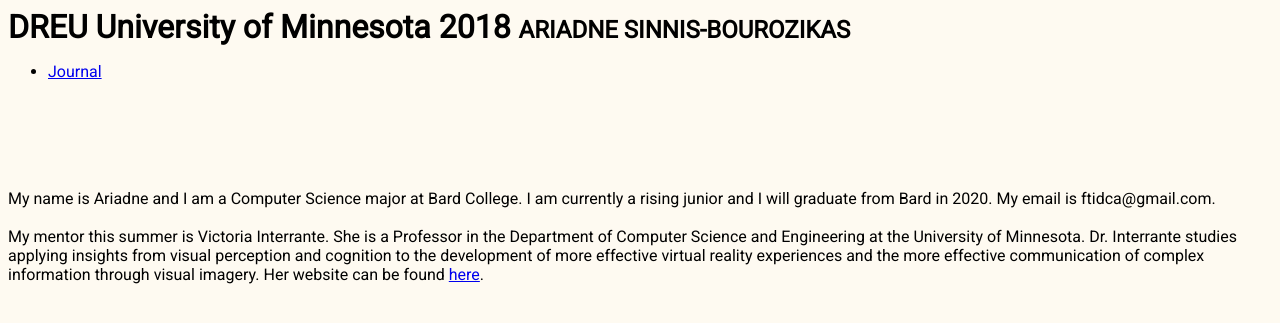
Repository: ariadnesb/dreu2018
Page: index.html
The author's editor kept a record of every edit. The page is drawn from the files as they stood at one moment, then again after the next edit.
The browser window is 1280 px wide. The pictures show the whole page.

Above is the page before.

### index.html
<!DOCTYPE html>
<html>
    <head>
        <title>It's me</title>
        <link rel="stylesheet" href="styles.css">
        <link href="https://fonts.googleapis.com/css?family=Roboto" rel="stylesheet">
    </head>

    <body>
        <div id="header">
            <h1>DREU University of Minnesota 2018 </h1>
            <h2>ARIADNE SINNIS-BOUROZIKAS</h2>

            <ul class="nav-bar">
                <li><a href="./journal.html">Journal</a></li>
                <!-- <li><a href="/contact.html">Contact</a></li> -->

        </div>


        <br><br>
        <br><br>



        <p>
        My name is Ariadne and I am a Computer Science major at Bard College. I am currently
        a rising junior and I will graduate from Bard in 2020. My email is ftidca@gmail.com.
        <br><br>
        My mentor this summer is Victoria Interrante. She is a Professor in the Department
        of Computer Science and Engineering at the University of Minnesota. Dr. Interrante
        studies applying insights from visual perception and cognition to the development
        of more effective virtual reality experiences and the more effective communication
        of complex information through visual imagery. Her website can be found
        <span id="emb_link"><a href="http://www-users.cs.umn.edu/~interran/">here</a></span>.

        </p>

        <!--- divs and spans can have 1 id but many classes

        <h2>Sub header</h2>
        <h6>smol</h6>

        <div id="custom-id">
            Div tag item
        </div>
        Non div tag item

        <br><br>
        <span class="custom-class">Hello</span> world
        -->


    </body>

</html>

### styles.css
html {
  /* everything that u put here will impact contents of <html>
  aka everything */
  font-family: 'Roboto', sans-serif;
  background-color: #FEFAF1;

}

#custom-id {
    background-color: black;
    color: white;
}

.custom-class{
    color: blue;
    display: inline;

}

#name {
    color: #66D167;
}

#header h1 {
    display: inline;
}

#header h2 {
    display: inline;
}
/*
#header .nav-bar  {
    display: inline;
    float: right;
    list-style-type: none;
    margin: 0;
    padding: 0;

}

#header ul.nav-global{
    position: absolute;
    right:0;
    display: inline;
    list-style: none;
    margin: 0;
    padding-right: 1em;
}

#header li {
    display: inline;
    padding: 0;
    background-color: pink;
}

#header a {
    text-decoration: none;
    display: inline;

}

#header a:hover {
    background-color: black;
    display: inline;
    color:white;
}

After the next edit:
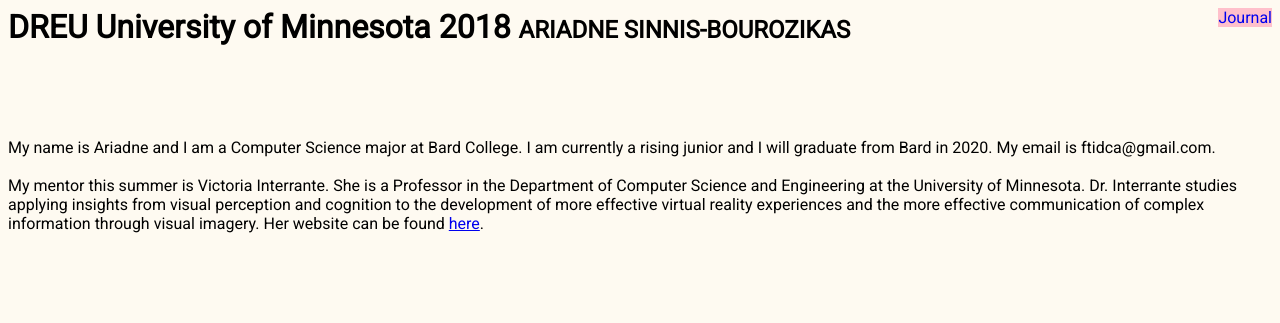
The edit:
--- a/styles.css
+++ b/styles.css
@@ -28,7 +28,7 @@
 #header h2 {
     display: inline;
 }
-/*
+
 #header .nav-bar  {
     display: inline;
     float: right;
